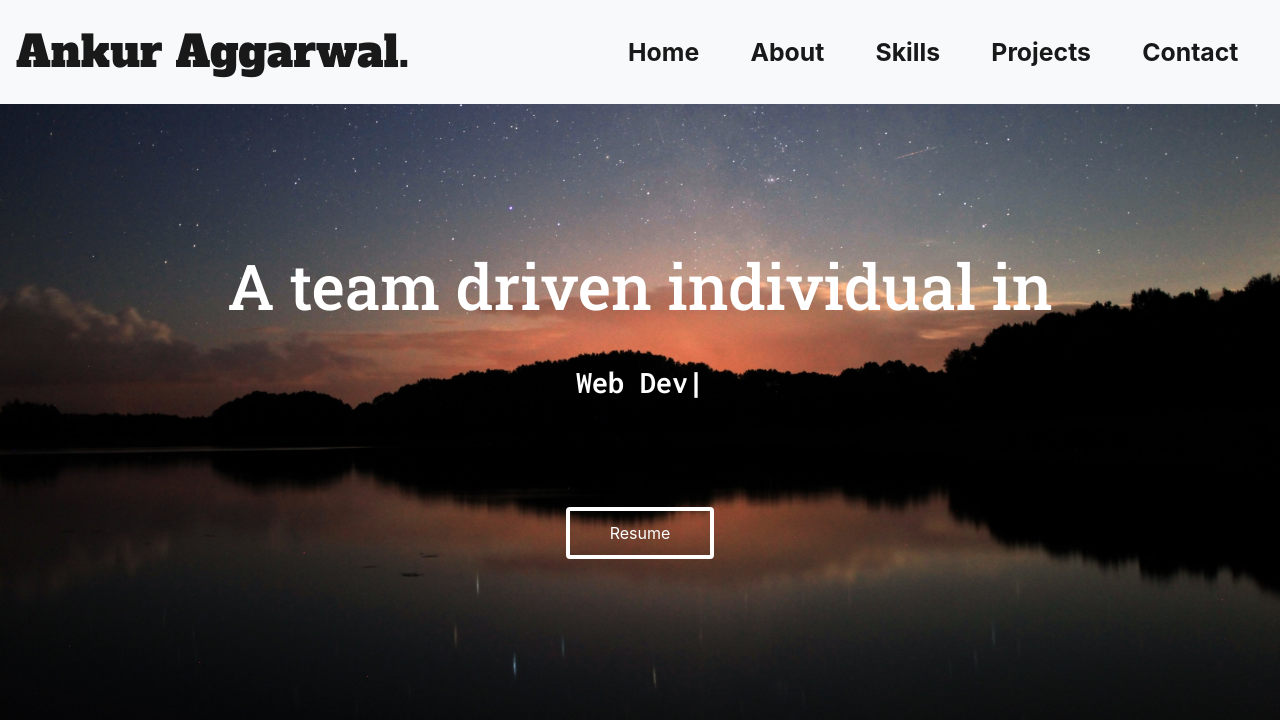
Repository: AnkurDevv/PersonalWebsite
Page: index.html
The author's editor kept a copy of each file at every save. The page is drawn from the files as they stood at one save, then again after the next save.
The browser window is 1280 px wide. The pictures show the whole page.

Above is the page before, as saved 2020-09-13 15:32:31.

After the next save:
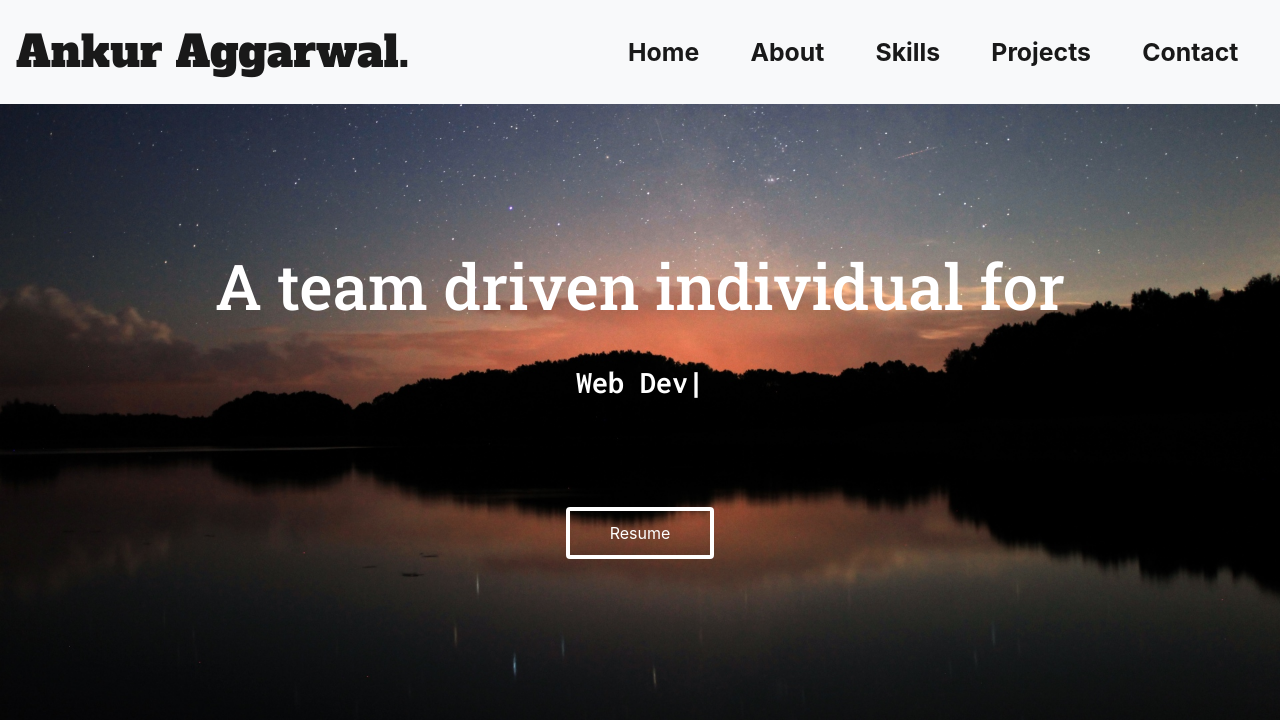
Saved 45 s later.
--- a/index.html
+++ b/index.html
@@ -66,7 +66,7 @@
     <!-- FIRST IMPRESSION SECTION - START -->
     <section class="first-impression-section">
       <div class="row first-impression-row">
-        <h1 class="text-center animated fadeInDown" id="MainNameHeading">A team driven individual in
+        <h1 class="text-center animated fadeInDown" id="MainNameHeading">A team driven individual for
         </h1>
       </div>
       <div class="row">
